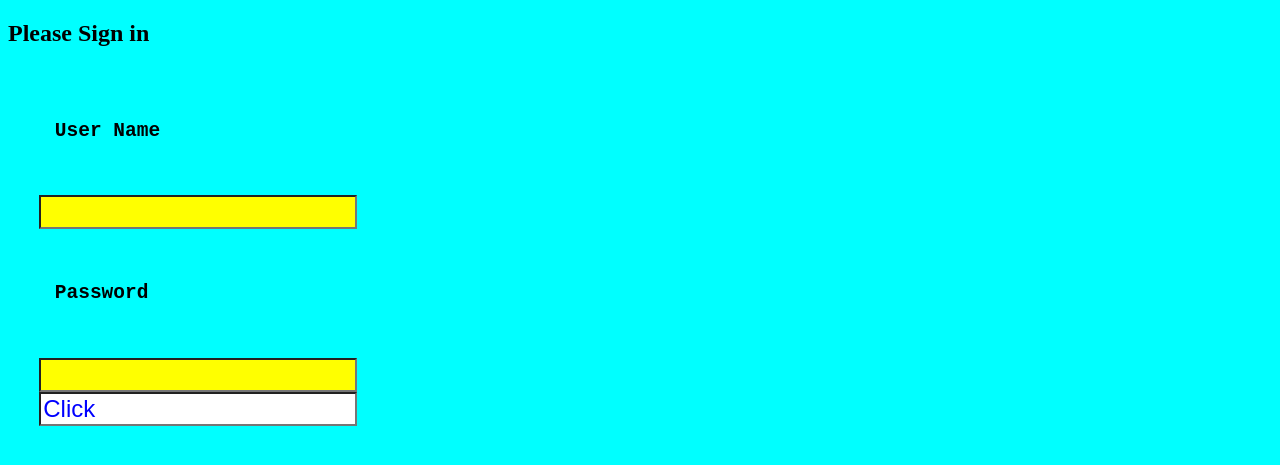
Repository: AkshayBorate/webJava
Page: web_projectservlet/src/main/webapp/login.html
The author's editor kept a copy of each file at every save. The page is drawn from the files as they stood at one save, then again after the next save.
The browser window is 1280 px wide. The pictures show the whole page.

Above is the page before, as saved 2024-11-28 06:40:36.

### web_projectservlet/src/main/webapp/login.html
<!DOCTYPE html>
<html>

<body bgcolor="cyan">
<h2>Please Sign in</h2>
<form action="doValidate">
<pre>
    <h2>
    User Name
    </h2>
    <input type="text" name="uid" style="background-color:yellow;color:blue; font-size:18pt"/>
       <h2>
    Password
    </h2>
    <input type="password" name="pass" style="background-color:yellow;color:blue; font-size:18pt"/>
    <input type="sybmit" value="Click" style="background-color:white;color:blue; font-size:18pt"/>
    </pre>
</form>
</body>
</html>

After the next save:
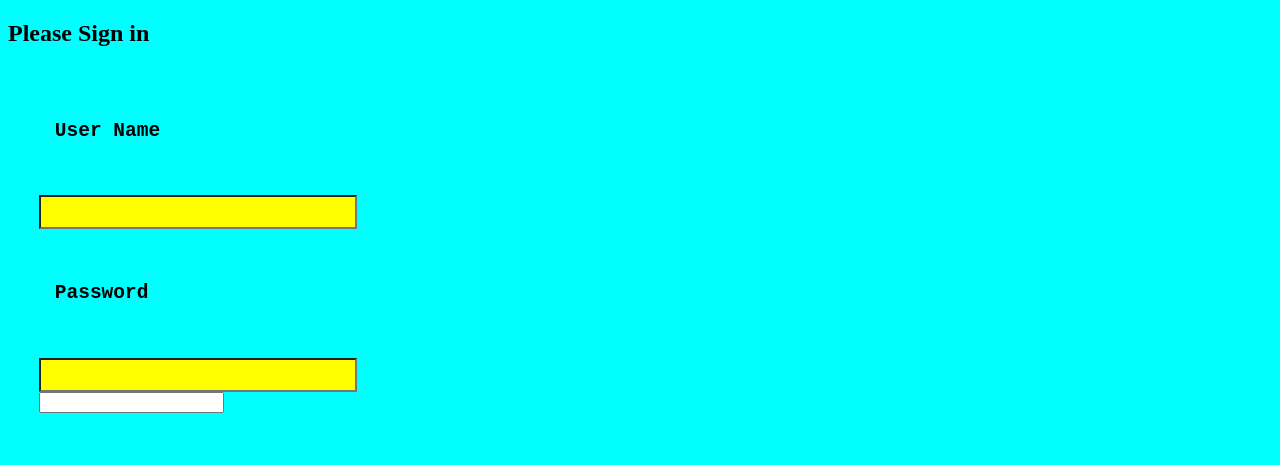
Saved 23 s later.
--- a/web_projectservlet/src/main/webapp/login.html
+++ b/web_projectservlet/src/main/webapp/login.html
@@ -13,7 +13,7 @@
     Password
     </h2>
     <input type="password" name="pass" style="background-color:yellow;color:blue; font-size:18pt"/>
-    <input type="sybmit" value="Click" style="background-color:white;color:blue; font-size:18pt"/>
+    <input type="sybmit" />
     </pre>
 </form>
 </body>
